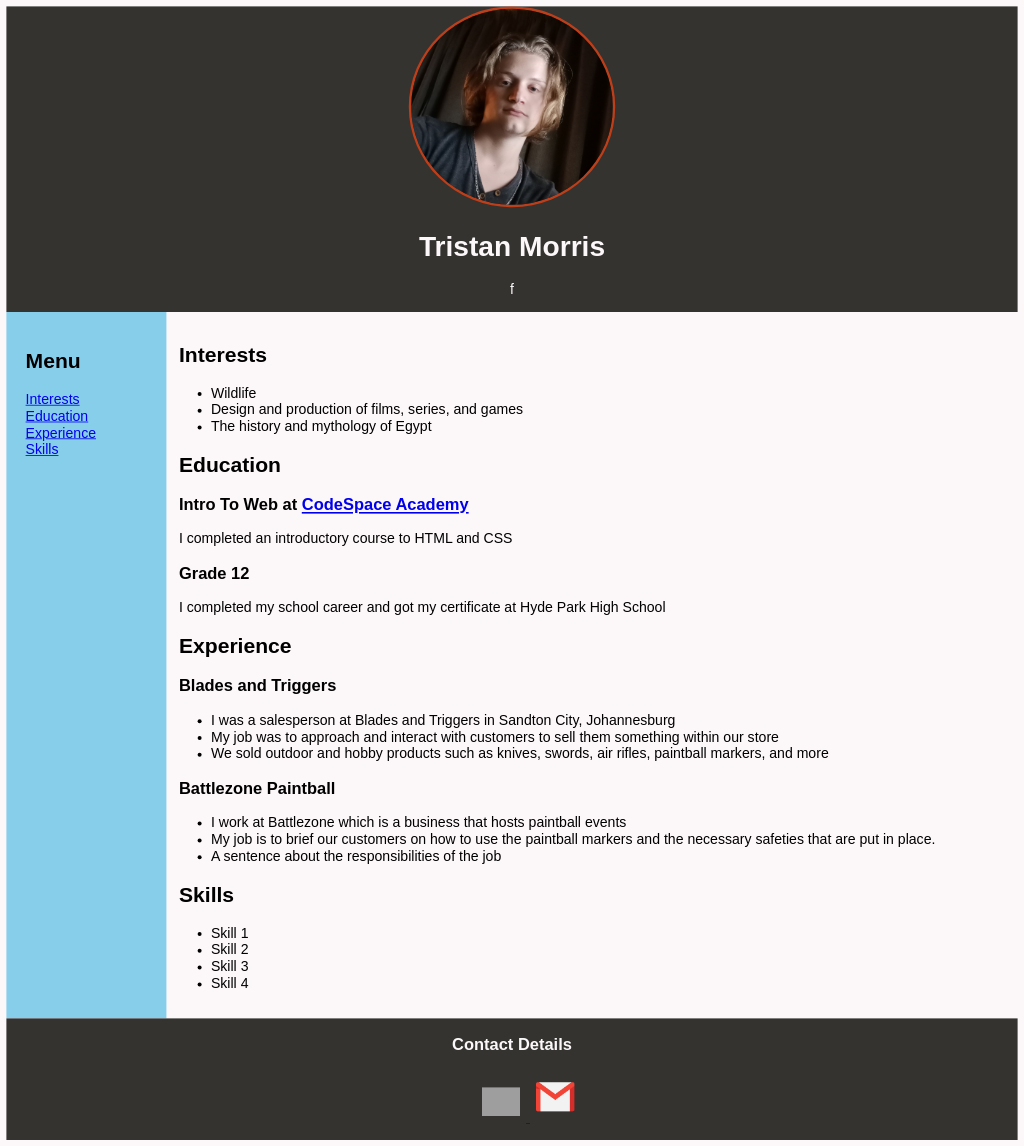
Repository: TristanKMorris/introToWebDesignAssignment
Page: resume.html
An editor plug-in stored every save of this project. The page is shown before and after the next save, followed by the edit.
The browser window is 1280 px wide. The pictures show the whole page, at 80% of full size.
Pictures or frames that could not be fetched are drawn as grey boxes.

Above is the page before, as saved 2022-06-02 22:44:11.

After the next save:
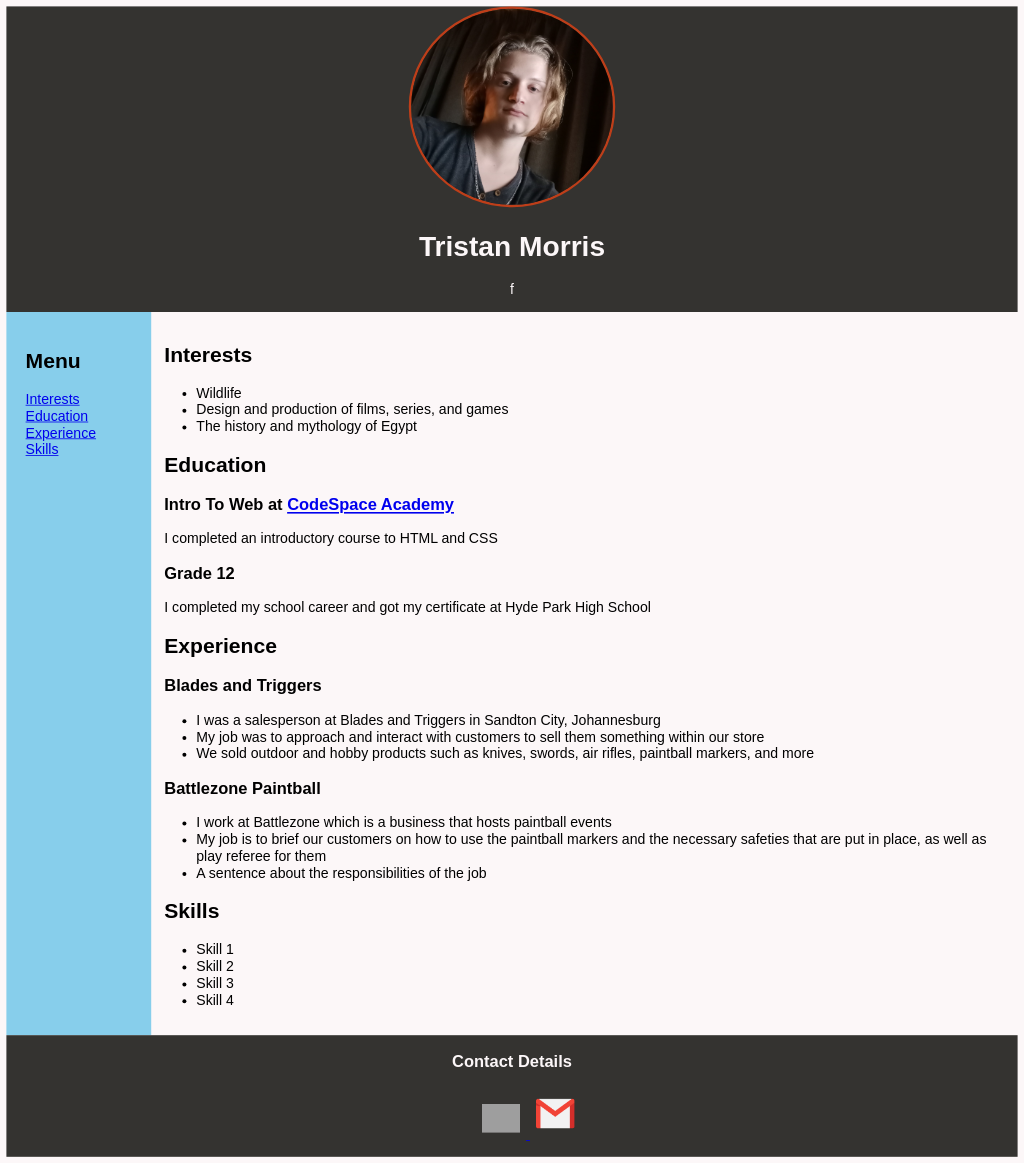
Saved 7 min 26 s later.
--- a/resume.html
+++ b/resume.html
@@ -80,7 +80,7 @@
             <ul>
 
               <li>I work at Battlezone which is a business that hosts paintball events</li>
-              <li>My job is to brief our customers on how to use the paintball markers and the necessary safeties that are put in place.</li>
+              <li>My job is to brief our customers on how to use the paintball markers and the necessary safeties that are put in place, as well as play referee for them</li>
               <li>A sentence about the responsibilities of the job</li>
 
             </ul>
